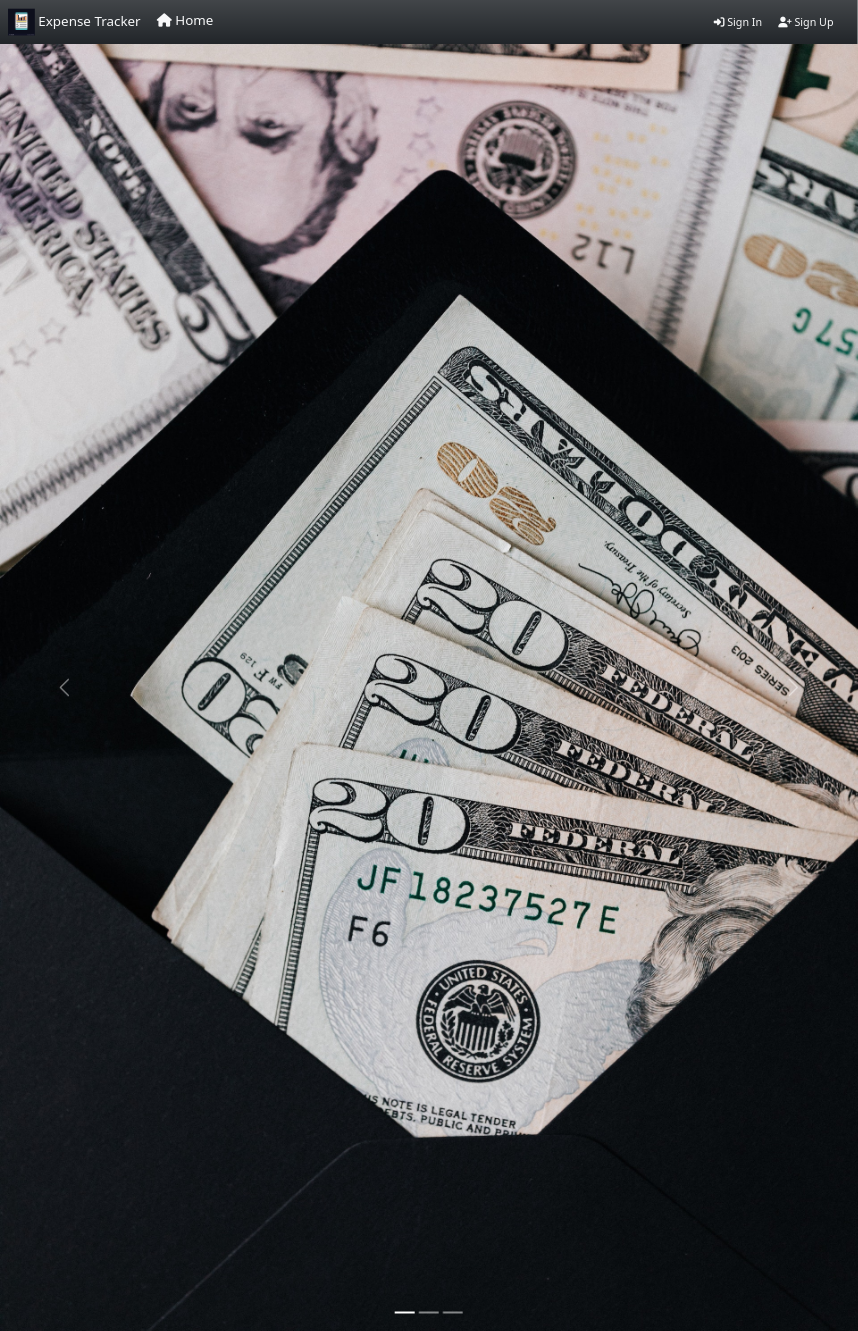
Repository: Gaurav560/OnlineExpenseTracker
Page: http://localhost/Online_Expense_Tracker/
These files come from the project's save history. The page is drawn as it stood at one moment and after the next save; the edit follows.
The browser window is 1280 px wide. The pictures show the whole page, at 67% of full size.
The page is served by Tomcat 9. Other server files are loaded and not shown.

Above is the page before, as saved 2023-05-04 15:43:34.

### Online_Expense_Tracker/src/main/webapp/index.jsp
<%@ page language="java" contentType="text/html; charset=ISO-8859-1"
	pageEncoding="ISO-8859-1"%>
<!DOCTYPE html>
<html>
<head>
<meta charset="ISO-8859-1">
<title>Insert title here</title>
<%@include file="component/all_css.jsp"%>
</head>
<body>
	<!--NAVBAR starts here -->
	<%@include file="component/navbar.jsp"%>
	<!-- NAVBAR ends here -->


	<!-- CAROUSEL starts here  -->



	<div id="carouselExampleIndicators" class="carousel slide">
		<div class="carousel-indicators">
			<button type="button" data-bs-target="#carouselExampleIndicators"
				data-bs-slide-to="0" class="active" aria-current="true"
				aria-label="Slide 1"></button>
			<button type="button" data-bs-target="#carouselExampleIndicators"
				data-bs-slide-to="1" aria-label="Slide 2"></button>
			<button type="button" data-bs-target="#carouselExampleIndicators"
				data-bs-slide-to="2" aria-label="Slide 3"></button>
		</div>
		<div class="carousel-inner">
			<div class="carousel-item active">
				<img src="img/e1.jpg" class="d-block w-100" alt="...">
			</div>
			<div class="carousel-item">
				<img src="img/e2.jpg" class="d-block w-100" alt="...">
			</div>
			<div class="carousel-item">
				<img src="img/e3.jpg" class="d-block w-100" alt="..." style="height:400px">
			</div>
		</div>
		<button class="carousel-control-prev" type="button"
			data-bs-target="#carouselExampleIndicators" data-bs-slide="prev">
			<span class="carousel-control-prev-icon" aria-hidden="true"></span> <span
				class="visually-hidden">Previous</span>
		</button>
		<button class="carousel-control-next" type="button"
			data-bs-target="#carouselExampleIndicators" data-bs-slide="next">
			<span class="carousel-control-next-icon" aria-hidden="true"></span> <span
				class="visually-hidden">Next</span>
		</button>
	</div>
	<!-- CAROUSEL ends here  -->
</body>
</html>

### Online_Expense_Tracker/src/main/webapp/component/all_css.jsp
<!--css cdn   -->
<link
	href="https://cdn.jsdelivr.net/npm/bootstrap@5.3.0-alpha3/dist/css/bootstrap.min.css"
	rel="stylesheet"
	integrity="sha384-KK94CHFLLe+nY2dmCWGMq91rCGa5gtU4mk92HdvYe+M/SXH301p5ILy+dN9+nJOZ"
	crossorigin="anonymous">



<!-- font awesome cdn  -->

<link rel="stylesheet"
	href="https://cdnjs.cloudflare.com/ajax/libs/font-awesome/6.4.0/css/all.min.css"
	integrity="sha512-iecdLmaskl7CVkqkXNQ/ZH/XLlvWZOJyj7Yy7tcenmpD1ypASozpmT/E0iPtmFIB46ZmdtAc9eNBvH0H/ZpiBw=="
	crossorigin="anonymous" referrerpolicy="no-referrer" />



<!--  js cdn -->
	<script
		src="https://cdn.jsdelivr.net/npm/bootstrap@5.3.0-alpha3/dist/js/bootstrap.bundle.min.js"
		integrity="sha384-ENjdO4Dr2bkBIFxQpeoTz1HIcje39Wm4jDKdf19U8gI4ddQ3GYNS7NTKfAdVQSZe"
		crossorigin="anonymous"></script>

### Online_Expense_Tracker/src/main/webapp/component/navbar.jsp
<!--Navbar starts here  -->


	<nav class="navbar navbar-expand-lg bg-dark  bg-gradient">
		<div class="container-fluid">
			<a class="navbar-brand text-light" href="#"><img
				src="img/expenseTracker.jpg" style="height: 40px; width: 40px;">
				Expense Tracker</a>
			<button class="navbar-toggler" type="button"
				data-bs-toggle="collapse" data-bs-target="#navbarSupportedContent"
				aria-controls="navbarSupportedContent" aria-expanded="false"
				aria-label="Toggle navigation">
				<span class="navbar-toggler-icon"></span>
			</button>
			<div class="collapse navbar-collapse" id="navbarSupportedContent">

				<ul class="navbar-nav me-auto mb-2 mb-lg-0">
					<li class="nav-item"><a class="nav-link active text-light fs-5 mb-1"
						aria-current="page" href="index.jsp"><i class="fa-solid fa-house"></i>
							Home</a></li>

				</ul>


				<ul class="navbar-nav ms-auto mb-2 mb-lg-0 me-3">

					<li class="nav-item me-2"><a class="nav-link active text-light"
						href="login.jsp"><i class="fa-solid fa-right-to-bracket"></i> Sign In</a></li>


					<li class="nav-item "><a class="nav-link active text-light "
						href="register.jsp"><i class="fa-solid fa-user-plus"></i> Sign Up</a></li>

				</ul>


			</div>
		</div>
	</nav>
	<!-- Navbar ends here  -->

After the next save:
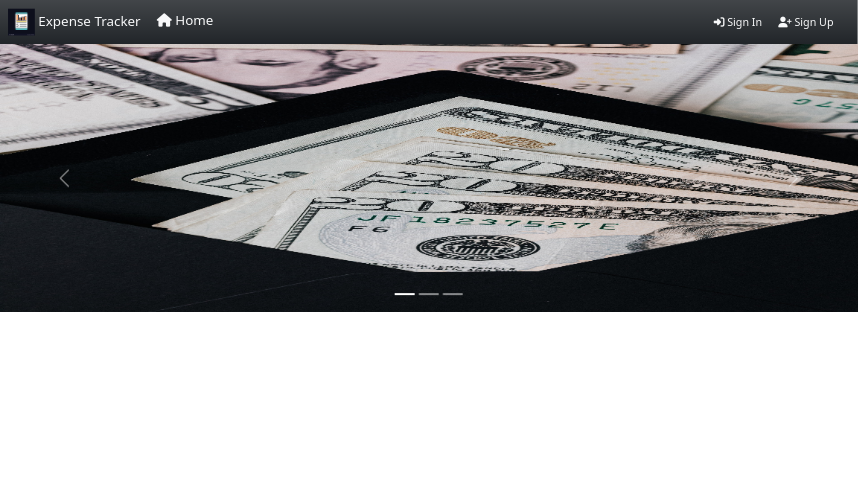
Saved 11 s later.
--- a/Online_Expense_Tracker/src/main/webapp/index.jsp
+++ b/Online_Expense_Tracker/src/main/webapp/index.jsp
@@ -29,10 +29,10 @@
 		</div>
 		<div class="carousel-inner">
 			<div class="carousel-item active">
-				<img src="img/e1.jpg" class="d-block w-100" alt="...">
+				<img src="img/e1.jpg" class="d-block w-100" alt="..."  style="height:400px">
 			</div>
 			<div class="carousel-item">
-				<img src="img/e2.jpg" class="d-block w-100" alt="...">
+				<img src="img/e2.jpg" class="d-block w-100" alt="..."  style="height:400px">
 			</div>
 			<div class="carousel-item">
 				<img src="img/e3.jpg" class="d-block w-100" alt="..." style="height:400px">
